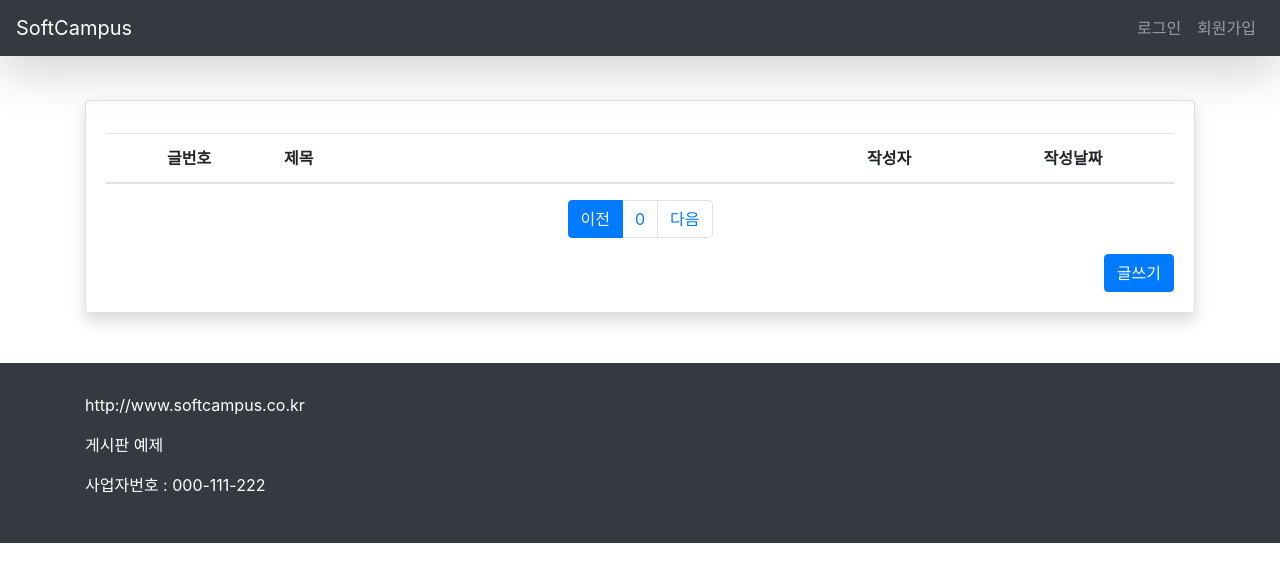
Repository: Wunhyeon/SpringMVC
Page: http://localhost/MiniProjectJava/WEB-INF/views/board/main.jsp
An editor plug-in stored every save of this project. The page is shown before and after the next save, followed by the edit.
The browser window is 1280 px wide. The pictures show the whole page.
The page is served by Tomcat 9. Nobody is signed in. Other server files are loaded and not shown. The template is opened directly, without the code that normally fills it, so the values that code supplies are empty.

Above is the page before, as saved 2020-09-10 07:22:30.

### MiniProjectJava/WebContent/WEB-INF/views/board/main.jsp
<%@ page language="java" contentType="text/html; charset=UTF-8"
    pageEncoding="UTF-8"%>
<%@ taglib prefix="c" uri="http://java.sun.com/jsp/jstl/core" %>
<c:set var="root" value="${pageContext.request.contextPath }/"></c:set>

<!DOCTYPE html>
<html>
<head>
<meta charset="UTF-8">
<meta name="viewport" content="width=device-width, initial-scale=1">
<title>미니 프로젝트</title>
<!-- Bootstrap CDN -->
<link rel="stylesheet" href="https://maxcdn.bootstrapcdn.com/bootstrap/4.1.0/css/bootstrap.min.css">
<script src="https://ajax.googleapis.com/ajax/libs/jquery/3.3.1/jquery.min.js"></script>
<script src="https://cdnjs.cloudflare.com/ajax/libs/popper.js/1.14.0/umd/popper.min.js"></script>
<script src="https://maxcdn.bootstrapcdn.com/bootstrap/4.1.0/js/bootstrap.min.js"></script>
</head>
<body>

<!-- 상단 메뉴 부분 -->
<c:import url="/WEB-INF/views/include/top_menu.jsp"></c:import>
<!-- 게시글 리스트 -->
<div class="container" style="margin-top:100px">
	<div class="card shadow">
		<div class="card-body">
			<h4 class="card-title">${requestScope.boardInfoName }</h4>
			<table class="table table-hover" id='board_list'>
				<thead>
					<tr>
						<th class="text-center d-none d-md-table-cell">글번호</th>
						<th class="w-50">제목</th>
						<th class="text-center d-none d-md-table-cell">작성자</th>
						<th class="text-center d-none d-md-table-cell">작성날짜</th>
					</tr>
				</thead>
				<tbody>
					<c:forEach items="${contentList }" var="content">
						<tr>
						<td class="text-center d-none d-md-table-cell">${content.content_idx }</td>
						<td><a href='${root }board/read?board_info_idx=${board_info_idx}&content_idx=${content.content_idx}'>${content.content_subject }</a></td>
						<td class="text-center d-none d-md-table-cell">${content.content_writer_name }</td>
						<td class="text-center d-none d-md-table-cell">${content.content_date }</td>
					</tr>
					</c:forEach>


				</tbody>
			</table>

			<div class="d-none d-md-block">
				<ul class="pagination justify-content-center">
					<li class="page-item active">
						<a href="${root }board/main?board_info_idx=${board_info_idx}&page=${pageBean.prevPage}" class="page-link">이전</a>
					</li>
					<c:forEach var="idx" begin="${pageBean.min }" end="${pageBean.max }">
						<li class="page-item">
							<a href="${root }board/main?board_info_idx=${board_info_idx}&page=${idx}" class="page-link">${idx }</a>
						</li>
					</c:forEach>


					<li class="page-item">
						<a href="${root }board/main?board_info_idx=${board_info_idx}&page=${pageBean.nextPage}" class="page-link">다음</a>
					</li>
				</ul>
			</div>

			<div class="d-block d-md-none">
				<ul class="pagination justify-content-center">
					<li class="page-item">
						<a href="#" class="page-link">이전</a>
					</li>
					<li class="page-item">
						<a href="${root }board/main?board_info_idx=${board_info_idx}&page=${pageBean.nextPage}" class="page-link">다음</a>
					</li>
				</ul>
			</div>

			<div class="text-right">
				<a href="${root }board/write?board_info_idx=${board_info_idx}" class="btn btn-primary">글쓰기</a>
			</div>

		</div>
	</div>
</div>

<c:import url="/WEB-INF/views/include/bottom_info.jsp"></c:import>
</body>
</html>

### MiniProjectJava/WebContent/WEB-INF/views/include/top_menu.jsp
<%@ page language="java" contentType="text/html; charset=UTF-8"
	pageEncoding="UTF-8"%>
<%@ taglib prefix="c" uri="http://java.sun.com/jsp/jstl/core"%>
<%-- <c:url var='root' value='/'></c:url> --%>
<c:set var="root" value="${pageContext.request.contextPath }/"></c:set>

<!-- 상단 메뉴 부분 -->
<nav
	class="navbar navbar-expand-md bg-dark navbar-dark fixed-top shadow-lg">
	<a class="navbar-brand" href="${root }main">SoftCampus</a>
	<button class="navbar-toggler" type="button" data-toggle="collapse"
		data-target="#navMenu">
		<span class="navbar-toggler-icon"></span>
	</button>
	<div class="collapse navbar-collapse" id="navMenu">
		<ul class="navbar-nav">
			<c:forEach var="obj" items="${topMenuList }">
				<a href="${root }board/main?board_info_idx=${obj.board_info_idx}"
					class="nav-link">${obj.board_info_name }</a>
			</c:forEach>


		</ul>

		<ul class="navbar-nav ml-auto">
			<c:choose>
				<c:when test="${loginUserBean.userLogin == true }">
					<li class="nav-item"><a href="${root }user/modify"
						class="nav-link">정보수정</a></li>
					<li class="nav-item"><a href="${root }user/logout"
						class="nav-link">로그아웃</a></li>
				</c:when>
				<c:otherwise>
					<li class="nav-item"><a href="${root }user/login"
						class="nav-link">로그인</a></li>
					<li class="nav-item"><a href="${root }user/join"
						class="nav-link">회원가입</a></li>
				</c:otherwise>
			</c:choose>


		</ul>
	</div>
</nav>

### MiniProjectJava/WebContent/WEB-INF/views/include/bottom_info.jsp
<%@ page language="java" contentType="text/html; charset=UTF-8"
    pageEncoding="UTF-8"%>
<div class="container-fluid bg-dark text-white" style="margin-top:50px;padding-top:30px;padding-bottom:30px">
	<div class="container">
		<p>http://www.softcampus.co.kr</p>
		<p>게시판 예제</p>
		<p>사업자번호 : 000-111-222</p>
	</div>
</div>

After the next save:
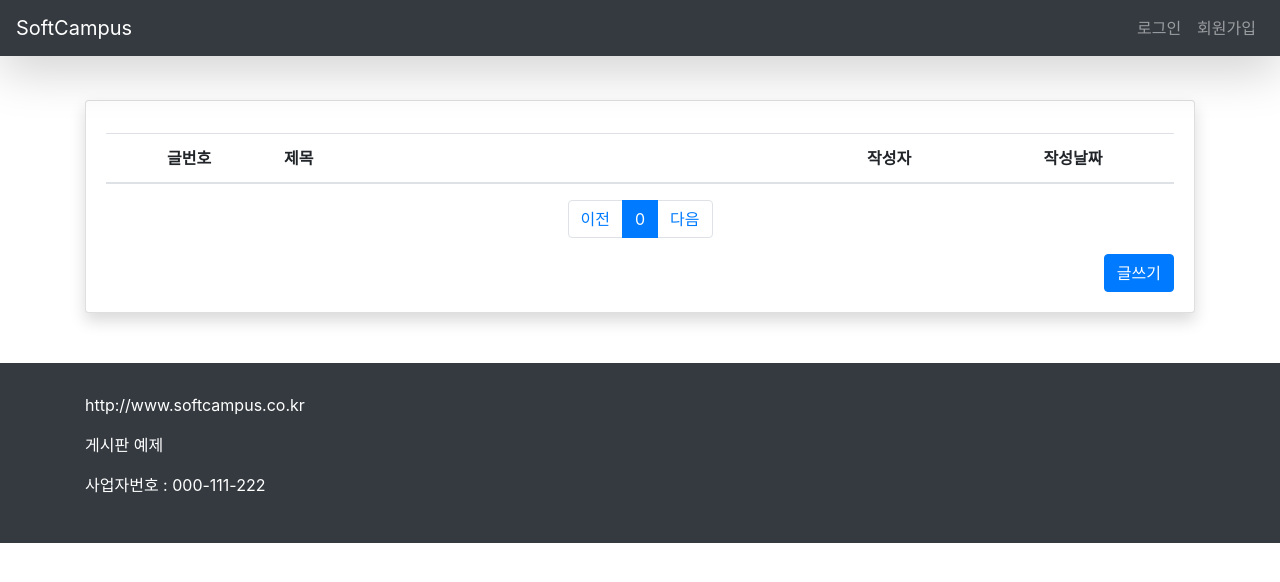
Saved 24 s later.
--- a/MiniProjectJava/WebContent/WEB-INF/views/board/main.jsp
+++ b/MiniProjectJava/WebContent/WEB-INF/views/board/main.jsp
@@ -49,11 +49,11 @@
 
 			<div class="d-none d-md-block">
 				<ul class="pagination justify-content-center">
-					<li class="page-item active">
+					<li class="page-item ">
 						<a href="${root }board/main?board_info_idx=${board_info_idx}&page=${pageBean.prevPage}" class="page-link">이전</a>
 					</li>
 					<c:forEach var="idx" begin="${pageBean.min }" end="${pageBean.max }">
-						<li class="page-item">
+						<li class="page-item active">
 							<a href="${root }board/main?board_info_idx=${board_info_idx}&page=${idx}" class="page-link">${idx }</a>
 						</li>
 					</c:forEach>
